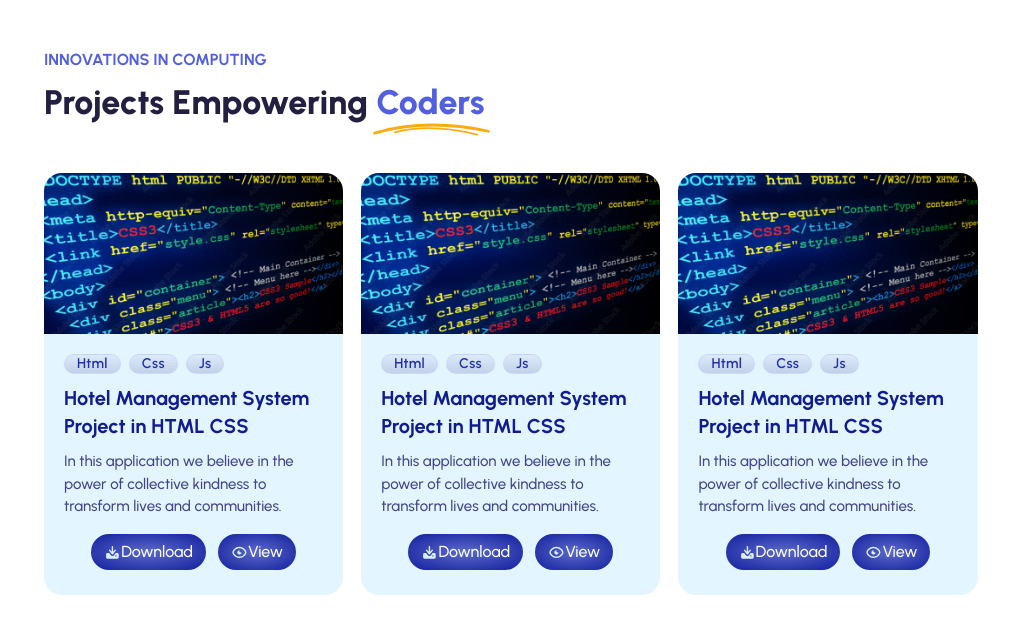
Repository: sharma171/jtccreativeideas
Page: /newsection (app in nextjssite/)
The author's editor kept a copy of each file at every save. The page is drawn from the files as they stood at one save, then again after the next save.
The browser window is 1024 px wide. The pictures show the whole page.
The project was rebuilt for these pictures with package versions that can differ from the ones it lists, and the page was loaded fresh each time. The framework's server and built-in components were replaced by stand-ins that run in the browser. Also part of the build but not shown: nextjssite/next.config.mjs.

Above is the page before, as saved 2024-03-28 16:27:19.

### nextjssite/src/app/layout.js
// import { Inter } from "next/font/google";
// import "./globals.css";
import 'bootstrap/dist/css/bootstrap.min.css';

// const inter = Inter({ subsets: ["latin"] });

export const metadata = {
  title: "Create Next App",
  description: "Generated by create next app",
};

 const RootLayout = ({ children }) => {
  return (
    <html lang="en">
      <body>
        {/* Layout UI */}
        <main>{children}</main>
      </body>
    </html>
  )
}
export default RootLayout;

### nextjssite/src/app/newsection/page.jsx
import React from 'react'
import "./page.css"
import Headicon from "./after-head-icon.svg"
import Image from 'next/image'
import Link from 'next/link'
import Projimg1 from './images/projsection1.png'
import Projimg2 from './images/projsection2.png'
import Projimg3 from './images/projsection3.png'
import Downloadicon from './images/Download-icon.svg'
import Viewicon from './images/view-icon.svg'
const Page = () => {
    return(
        <>
        <section className="projects">
            <div className="container">
                <div className="col-flex main-head">
                    <h5 className="small-head">Innovations in Computing</h5>
                    <h3 className="bghead">Projects Empowering <span>Coders
                        <Image src={Headicon}></Image></span></h3>
                </div>
                <ul className="project-cards">
                    <li>

                        <div className="card-inner">
                            <Image src={Projimg1} alt="project" className="thumb"></Image>
                            <div className="info">
                                <div className="tech-info">
                                    <span>Html</span>
                                    <span>Css</span>
                                    <span>Js</span>
                                </div>
                                <Link href="/newsection" className="text-link">
                                    <h3 className="heading">
                                        Hotel Management System Project in HTML CSS
                                    </h3>
                                </Link>
                                <p className="cardpara">
                                    In this application we believe in the power of collective kindness to transform lives and communities.
                                </p>
                                <div className="card-button">
                                    <a href="" className="bot-button">
                                        <Image src={Downloadicon} alt='icon'></Image>
                                        Download
                                    </a>
                                    <a href="" className="bot-button">
                                        <Image src={Viewicon} alt='icon'></Image>
                                        View
                                    </a>
                                </div>
                            </div>
                        </div>
                    </li>
                    <li>

                            <div className="card-inner">
                                <Image src={Projimg1} alt="project" className="thumb"></Image>
                                <div className="info">
                                    <div className="tech-info">
                                        <span>Html</span>
                                        <span>Css</span>
                                        <span>Js</span>
                                    </div>
                                    <Link href="/newsection" className="text-link">
                                        <h3 className="heading">
                                            Hotel Management System Project in HTML CSS
                                        </h3>
                                    </Link>
                                    <p className="cardpara">
                                        In this application we believe in the power of collective kindness to transform lives and communities.
                                    </p>
                                    <div className="card-button">
                                        <a href="" className="bot-button">
                                            <Image src={Downloadicon} alt='icon'></Image>
                                            Download
                                        </a>
                                        <a href="" className="bot-button">
                                            <Image src={Viewicon} alt='icon'></Image>
                                            View
                                        </a>
                                    </div>
                                </div>
                            </div>
                    </li>
                    <li>

                            <div className="card-inner">
                                <Image src={Projimg1} alt="project" className="thumb"></Image>
                                <div className="info">
                                    <div className="tech-info">
                                        <span>Html</span>
                                        <span>Css</span>
                                        <span>Js</span>
                                    </div>
                                    <Link href="/newsection" className="text-link">
                                        <h3 className="heading">
                                            Hotel Management System Project in HTML CSS
                                        </h3>
                                    </Link>
                                    <p className="cardpara">
                                        In this application we believe in the power of collective kindness to transform lives and communities.
                                    </p>
                                    <div className="card-button">
                                        <a href="" className="bot-button">
                                            <Image src={Downloadicon} alt='icon'></Image>
                                            Download
                                        </a>
                                        <a href="" className="bot-button">
                                            <Image src={Viewicon} alt='icon'></Image>
                                            View
                                        </a>
                                    </div>
                                </div>
                            </div>
                    </li>
                </ul>
            </div>
        </section>
        <section className="project-category">
            <div className="container">

            </div>
        </section>
        </>
    )
}
export default Page;

### nextjssite/src/app/newsection/page.css
@import url('https://fonts.googleapis.com/css2?family=Urbanist:ital,wght@0,100..900;1,100..900&display=swap');
* {
    font-family: 'Urbanist', sans-serif;
    font-optical-sizing: auto;
}

section.projects {
    padding: 50px 0;
}
.main-head .small-head {
    color: #525fe1;
    font-size: 16px;
    font-weight: 700;
    text-transform: uppercase;
}
.main-head .bghead {
    color: #231f40;
    font-size: 34px;
    line-height: 1.5em;
    font-weight: 800;
}
.main-head .bghead span {
    color: #525fe1;
    position: relative;
}
.main-head .bghead span img {
    position: absolute;
    top: 100%;
    left: -5.9999999999999964px;
    width: 122.29999999999994px;
    height: 12.600000000000012px;
}
.project-cards {
    padding: 0;
    margin: 45px 0;
    list-style: none;
    display: flex;
    flex-direction: row;
    gap: 45px;
}
.project-cards li {
    width: calc(33.33333333333333% - 30px);
    border-radius: 18px;
    background: #E3F5FF;
}
.project-cards li .card-inner {
    display: flex;
    flex-direction: column;
    width: 100%;
    border-top-left-radius: 18px;
    border-top-right-radius: 18px;
}
.project-cards li .card-inner .thumb {
    width: 100%;
    max-width: 100%;
    height: auto;
    object-fit: cover;
    border-top-left-radius: 18px;
    border-top-right-radius: 18px;
}
.project-cards li .card-inner .info {
    padding: 20px 20px;
    display: flex;
    flex-direction: column;
    gap: 10px;
}

.project-cards li .card-inner .info .tech-info {
    display: flex;
    flex-direction: row;
    align-items: center;
    gap: 12px;
}
.project-cards li .card-inner .info .tech-info span {
    height: 25px;
    font-size: 16px;
    color: #222FB0;
    padding: 0 15px;
    font-weight: 600;
    letter-spacing: 0.3px;
    line-height: 16px;
    background: linear-gradient(181deg, #d2d7f152, #C0D0E7);
    align-content: center;
    border-radius: 19px;
    border: 1px solid #ccd3fbc2;
}
.project-cards li .card-inner .info .text-link {
    text-decoration: none;
}
.project-cards li .card-inner .info .heading {
    font-size: 24px;
    line-height: 1.4em;
    font-weight: 700;
    color: #111D8F;
    margin: 0;
}
.project-cards li .card-inner .info .cardpara {
    font-size: 18px;
    line-height: 1.5em;
    font-weight: 500;
    color: #444487;
    margin: 0 0 6px 0;
}
.project-cards li .card-inner .info .card-button {
    display: flex;
    flex-direction: row;
    align-items: center;
    justify-content: center;
    gap: 12px;
    margin-bottom: 5px;
}
.project-cards li .card-inner .info .card-button .bot-button {
    background: radial-gradient(#5C6AC8, #121F9F);
    padding: 6px 13px;
    font-size: 16px;
    line-height: 1.5em;
    align-content: center;
    border-radius: 20px;
    text-decoration: none;
    color: #fff;
    font-weight: 500;
}
@media (max-width: 1200px) and (min-width:992px){
    .project-cards li .card-inner .info .tech-info span{
        font-size: 14px;
        padding: 0 12px;
        height: 20px;
    }
    .project-cards li .card-inner .info .tech-info {
        gap: 8px;
    }
    .project-cards li .card-inner .info .heading {
        font-size: 20px;
    }
    .project-cards li .card-inner .info .cardpara {
        font-size: 15px;
    }
    .project-cards {
        gap:18px;

    }
    .project-cards li {
        width: calc(33.33333333333333% - 12.8px);
    }
}

After the next save:
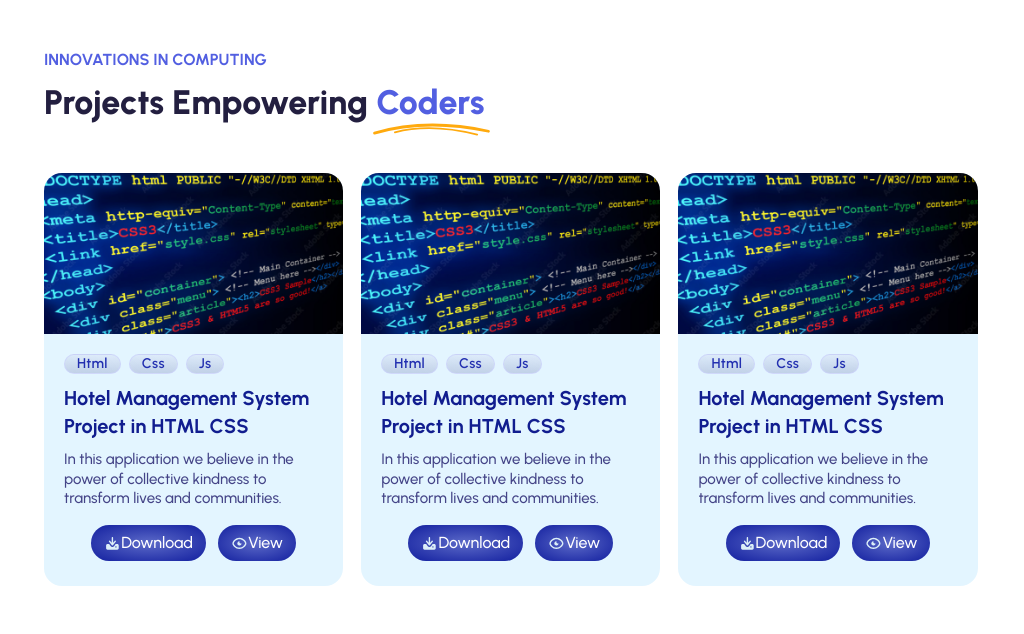
Saved 14 s later.
--- a/nextjssite/src/app/newsection/page.css
+++ b/nextjssite/src/app/newsection/page.css
@@ -134,6 +134,7 @@ section.projects {
     }
     .project-cards li .card-inner .info .cardpara {
         font-size: 15px;
+        line-height: 1.3em;
     }
     .project-cards {
         gap:18px;
